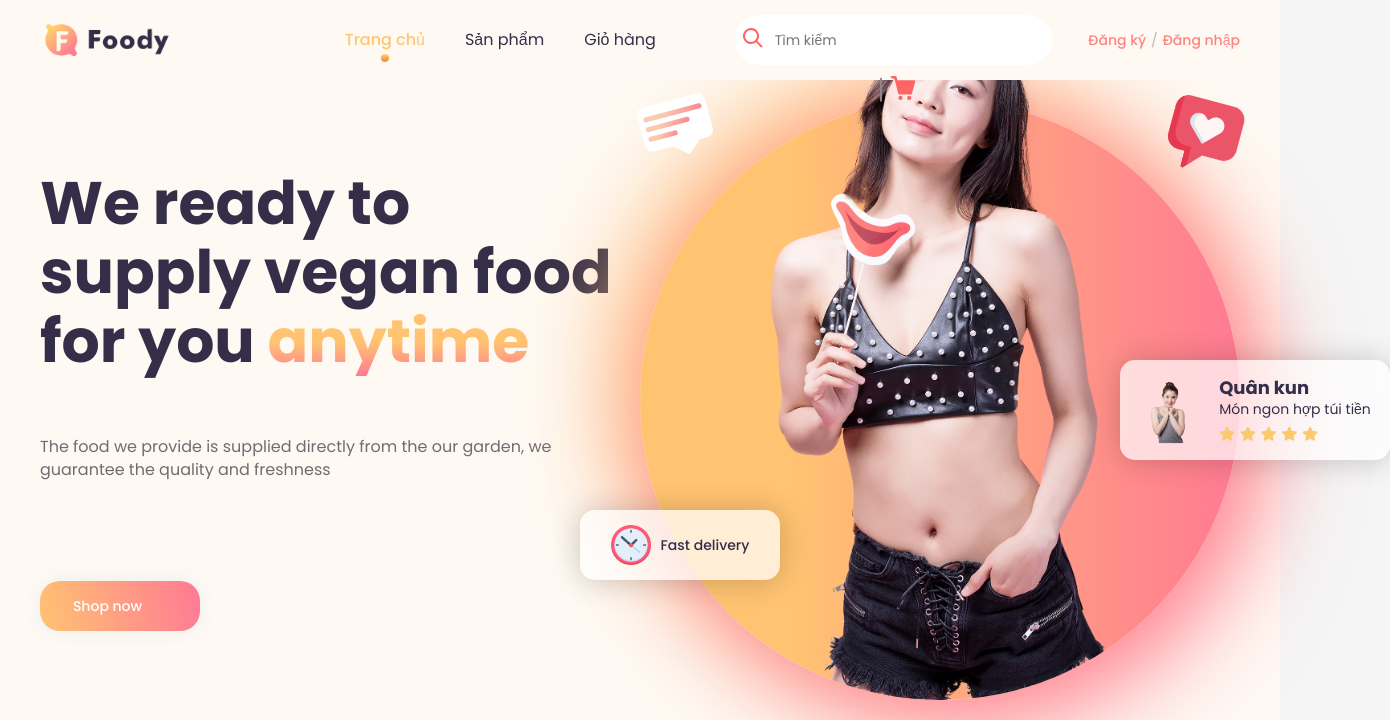
Repository: phamvuhung2710/react-ecommerce
Page: /
An editor plug-in stored every save of this project. The page is shown before and after the next save, followed by the edit.
The browser window is 1280 px wide. The page is 1390 px wide, so the pictures cover 1390 px, including what lies to the right of the window. The pictures show the whole page.
The page's requests for data from a server got no answer. Some web libraries are served in a nearby version. The project was rebuilt for these pictures with package versions that can differ from the ones it lists, and the page was loaded fresh each time. No one was signed in, and anything a server would have sent is missing. Also part of the build but not shown: src/guard/AuthenticatedGuard.jsx, src/guard/UnauthenticatedGuard.jsx, src/layouts/CartLayout/CartLayout.jsx, src/layouts/RegisterLayout/RegisterLayout.jsx.

Above is the page before, as saved 2021-09-07 19:02:12.

After the next save:
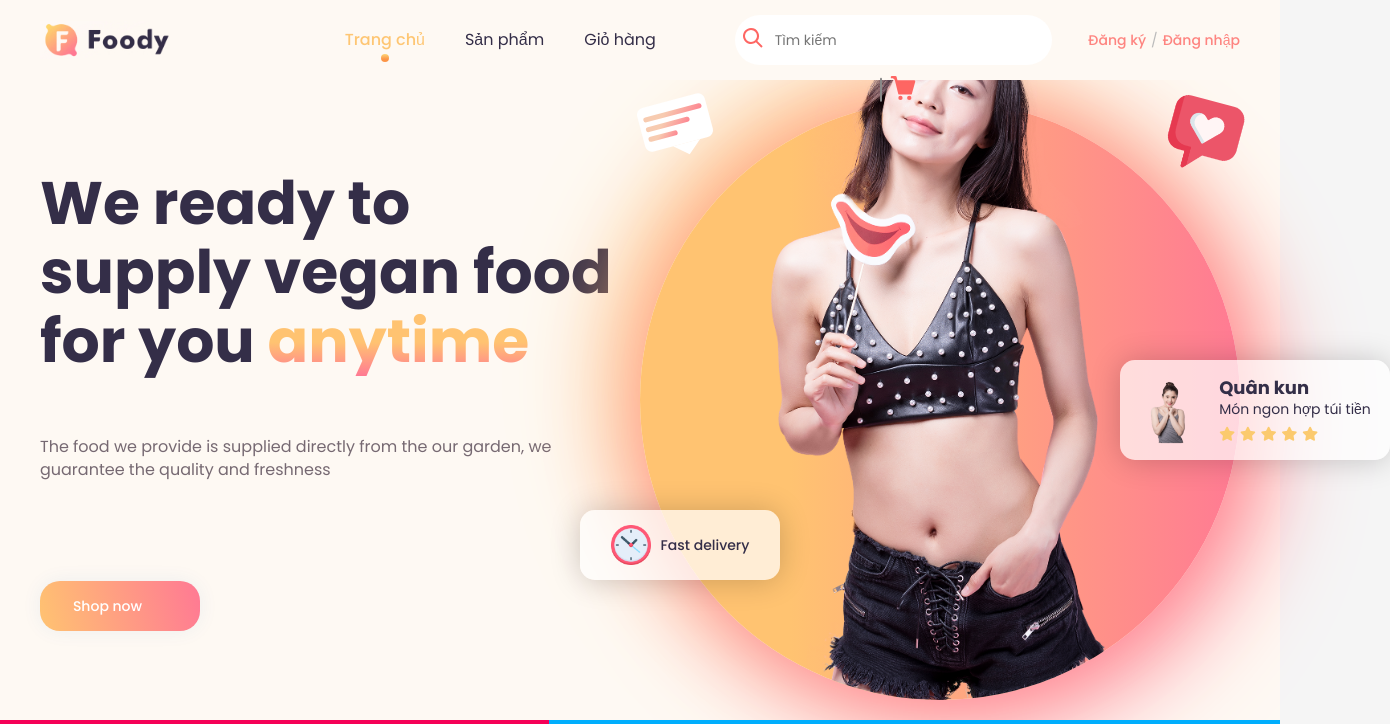
Saved 7 s later.
--- a/src/components/Fallback/Fallback.jsx
+++ b/src/components/Fallback/Fallback.jsx
@@ -4,10 +4,10 @@ import styled from 'styled-components'
 import { useSelector } from 'react-redux'
 
 const StyledLoading = styled(LinearProgress)`
-  position: fixed !important;
+  /* position: fixed !important;
   top: 0;
   left: 0;
-  right: 0;
+  right: 0; */
   background-color: #00aefd !important;
 `
 
